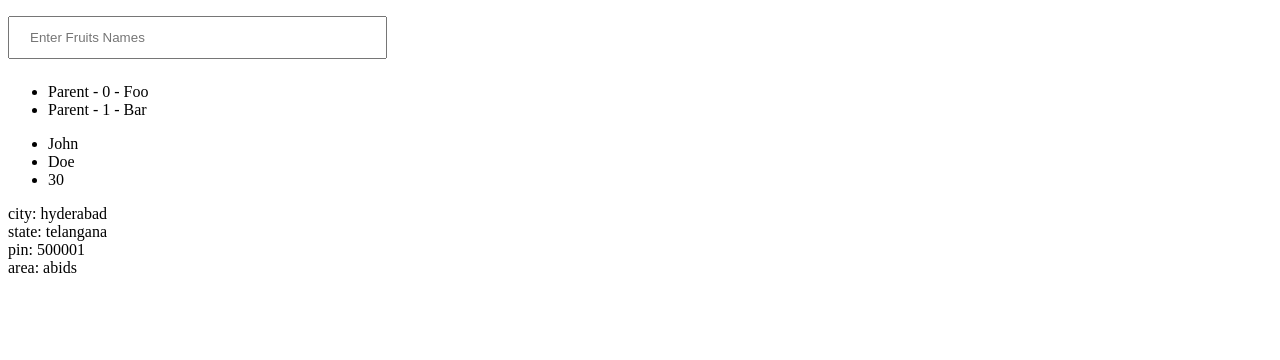
Repository: MeghaNagari/PracticeAtVMC
Page: Practice/VuePractice/WebContent/ListRendering.html
An editor plug-in stored every save of this project. The page is shown before and after the next save, followed by the edit.
The browser window is 1280 px wide. The pictures show the whole page.
Some web libraries are served in a nearby version.

Above is the page before, as saved 2018-03-20 05:03:09.

After the next save:
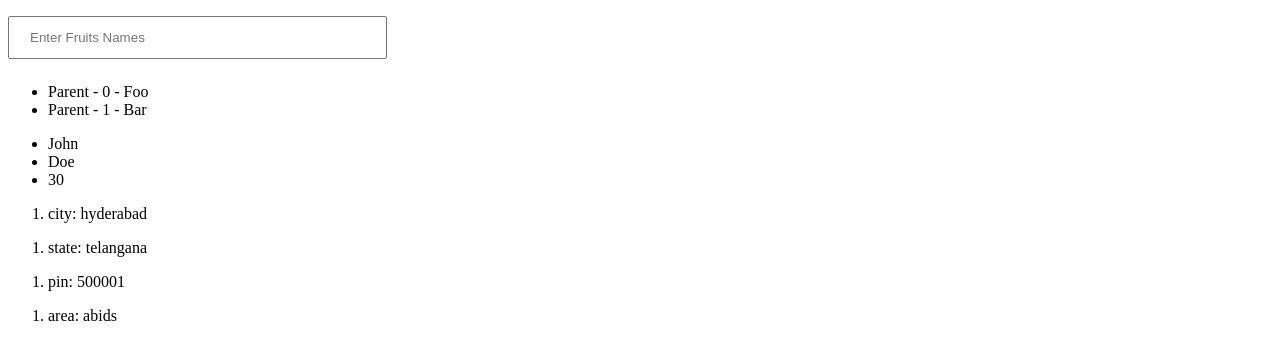
Saved 36 s later.
--- a/Practice/VuePractice/WebContent/ListRendering.html
+++ b/Practice/VuePractice/WebContent/ListRendering.html
@@ -49,7 +49,8 @@
       <div id="test4">
 
       <div v-for="(value, key) in address">
-  {{ key }}: {{ value }}
+      <ol>
+  <li>{{ key }}: {{ value }}</li></ol>
 </div>
 
       </div>
